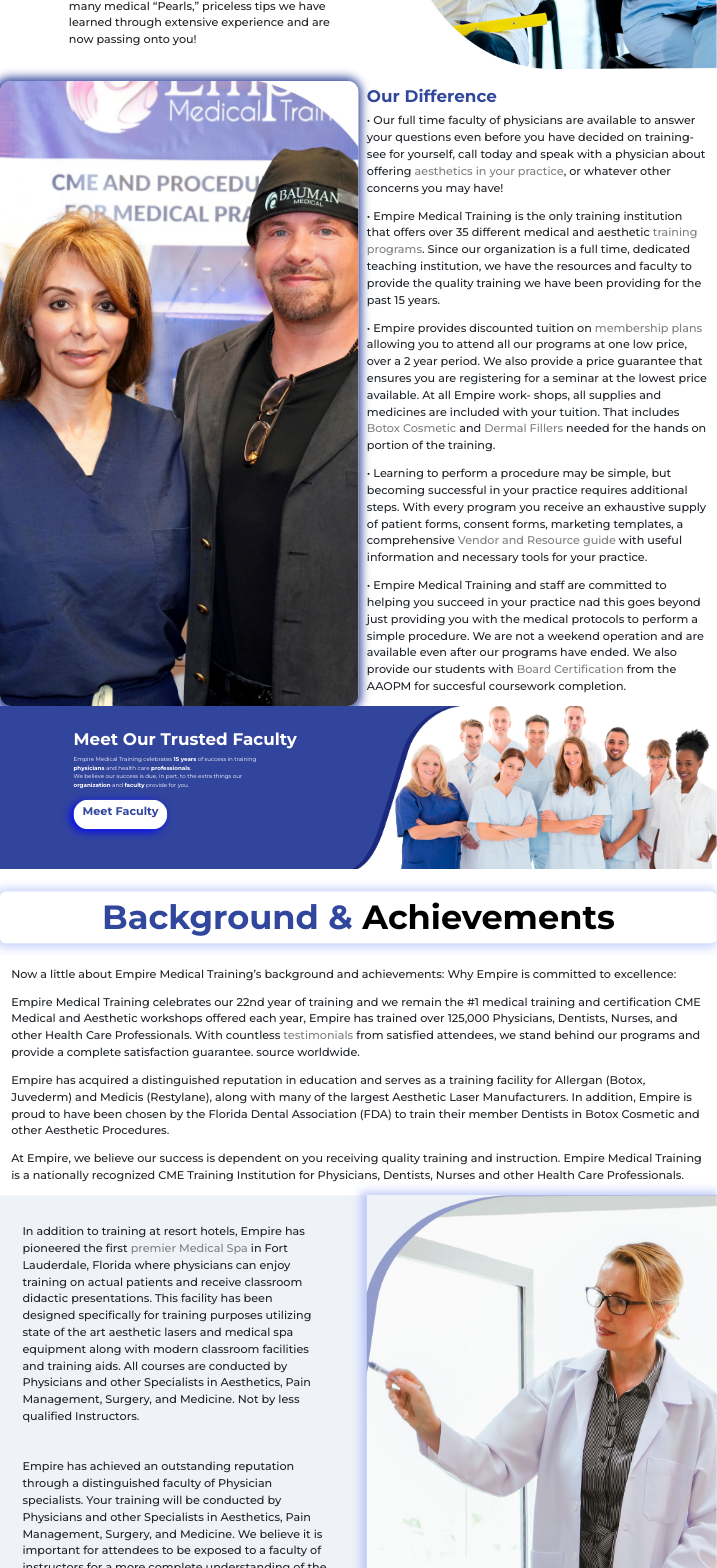
Repository: jorgi710/BODY-CONTOURING-INJECTABLES-AND-ADJUNCT-PROCEDURES
Page: our quarantee/file/public/index.html
The author's editor kept a copy of each file at every save. The page is drawn from the files as they stood at one save, then again after the next save.
The browser window is 1024 px wide. The pictures show the part of the page from y = 931 to 3171 px (the page is 5588 px tall), at 70% of full size.

Above is the page before, as saved 2021-04-07 07:42:31.

After the next save:
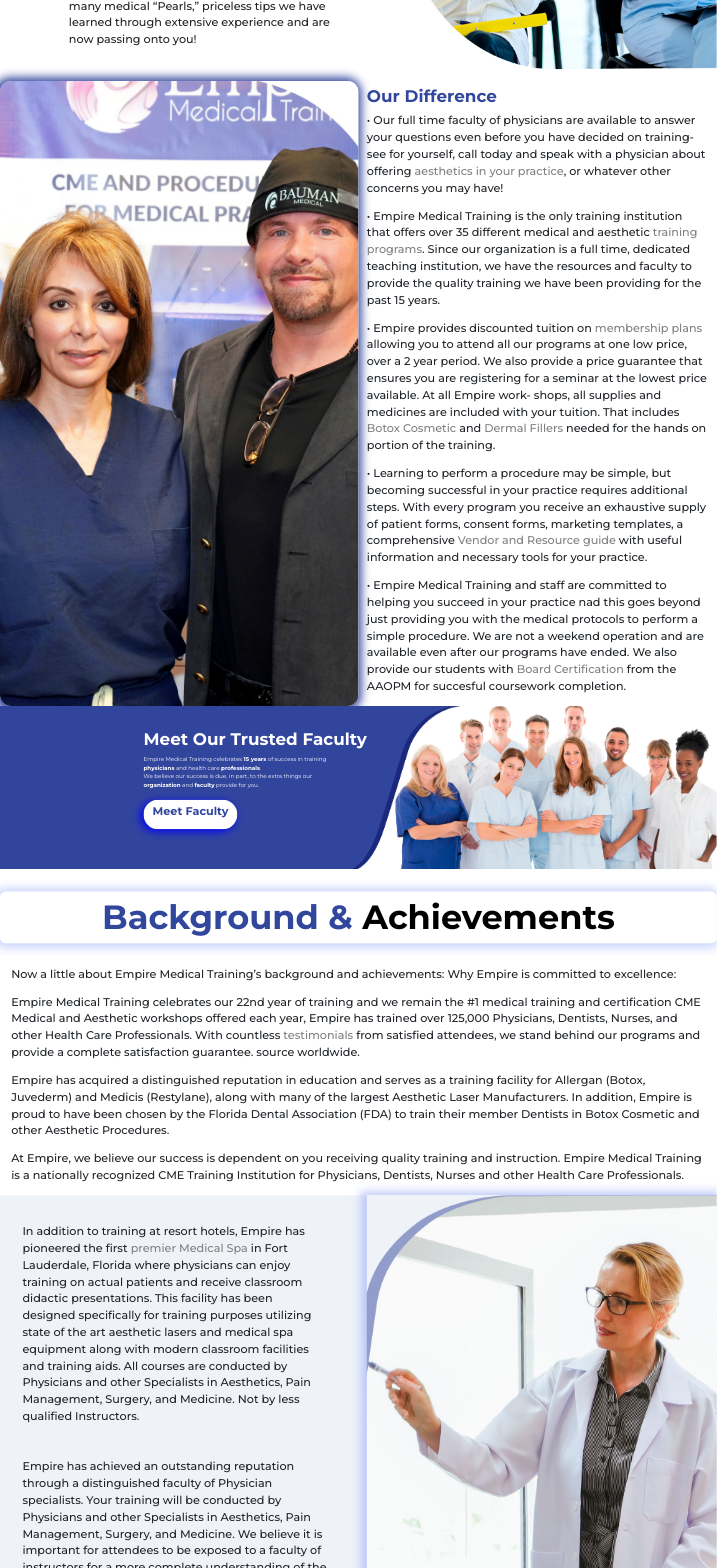
Saved 11 s later.
--- a/our quarantee/file/public/css/style.css
+++ b/our quarantee/file/public/css/style.css
@@ -198,7 +198,7 @@
     position: absolute;
     color: white;
     top: 34px;
-    right: 600px;
+    right: 500px;
   }
   .section_2 .content button {
     background-color: white;
